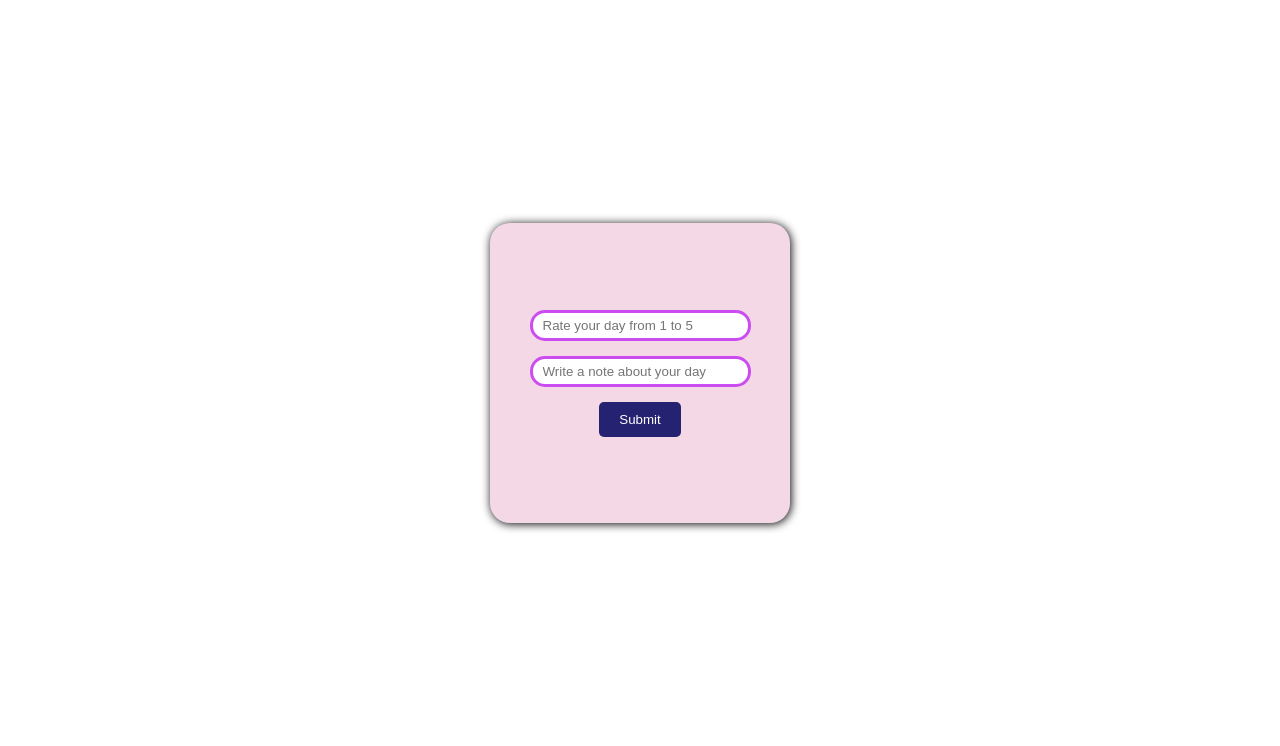
Repository: elenav24/RateMyDay
Page: frontend/index.html
An editor plug-in stored every save of this project. The page is shown before and after the next save, followed by the edit.
The browser window is 1280 px wide. The pictures show the whole page.

Above is the page before, as saved 2025-05-15 01:32:02.

After the next save:
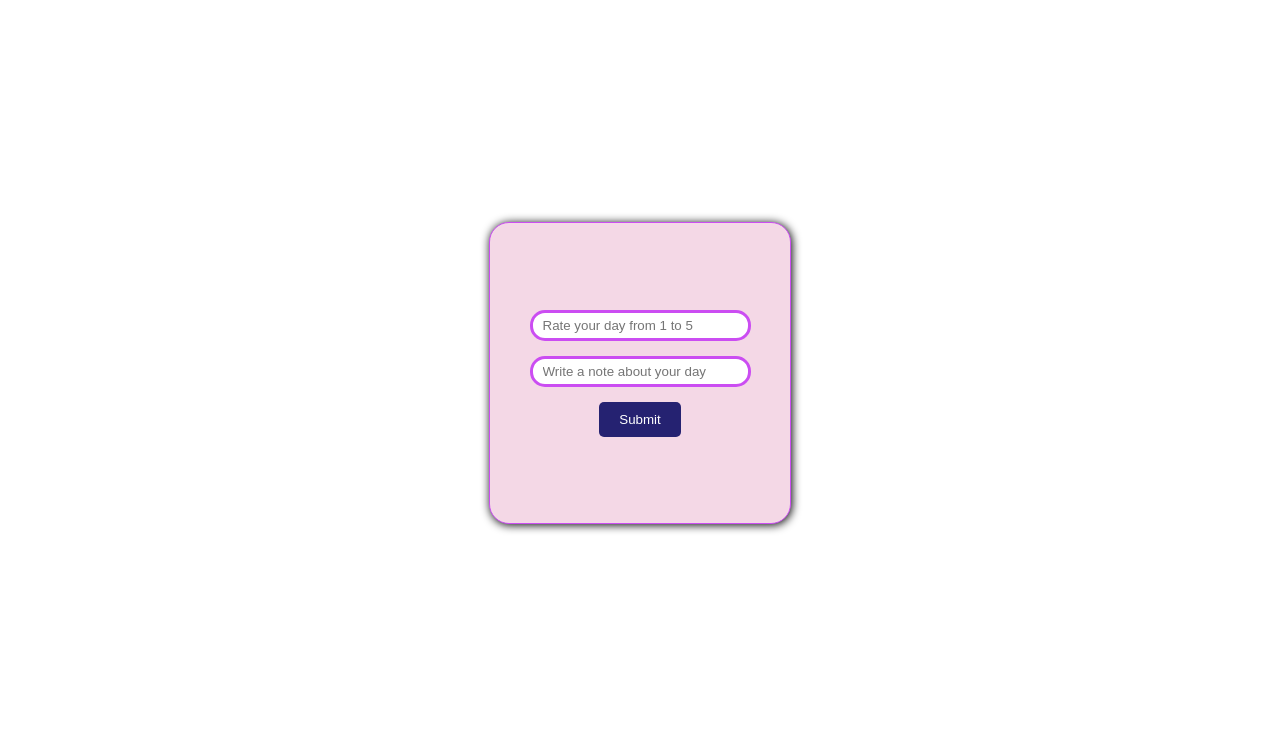
Saved 12 s later.
--- a/frontend/style.css
+++ b/frontend/style.css
@@ -16,6 +16,7 @@ body {
     box-shadow: 1px 1px 10px #000;
     border-radius: 20px;
     background-color: #f4d8e6;
+    border: 1px solid #cb4df2;
 }
 
 #rating, #note {
